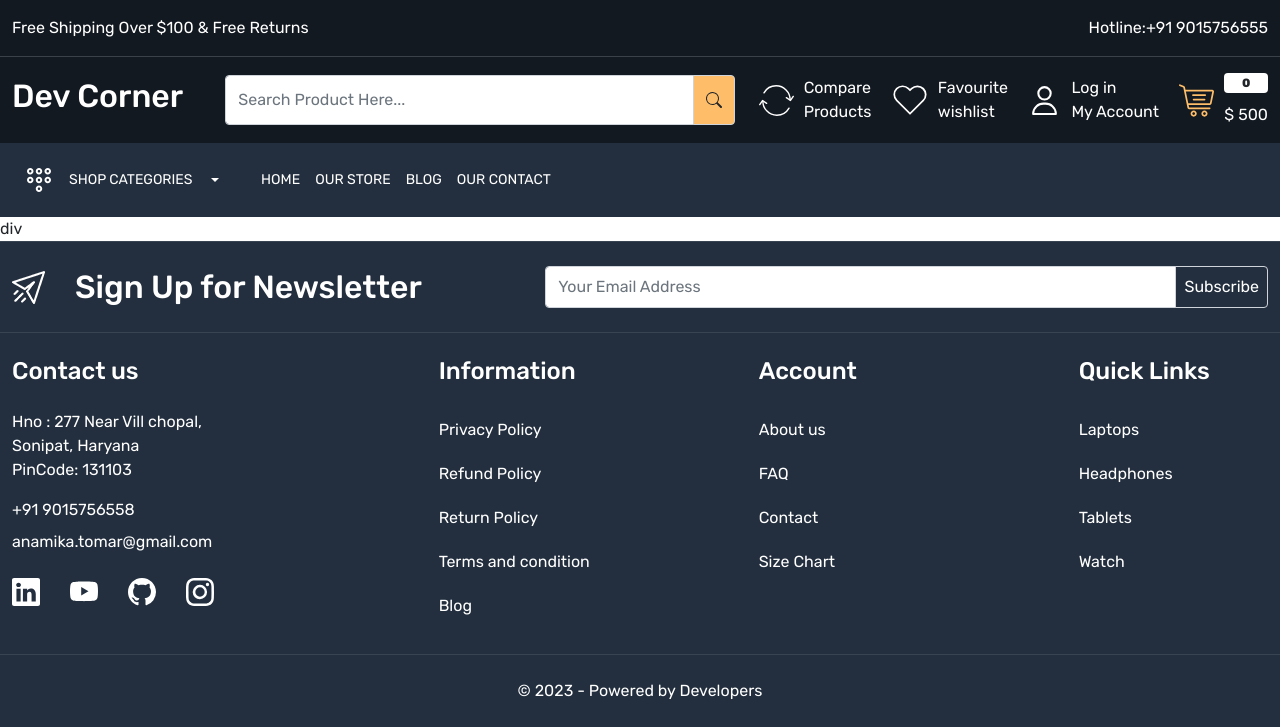
Repository: anamikatomar21/demo
Page: /
An editor plug-in stored every save of this project. The page is shown before and after the next save, followed by the edit.
The browser window is 1280 px wide. The pictures show the whole page.
The project was rebuilt for these pictures with package versions that can differ from the ones it lists, and the page was loaded fresh each time. Also part of the build but not shown: src/pages/About.js, src/pages/Contact.js.

Above is the page before, as saved 2023-05-14 18:51:37.

After the next save:
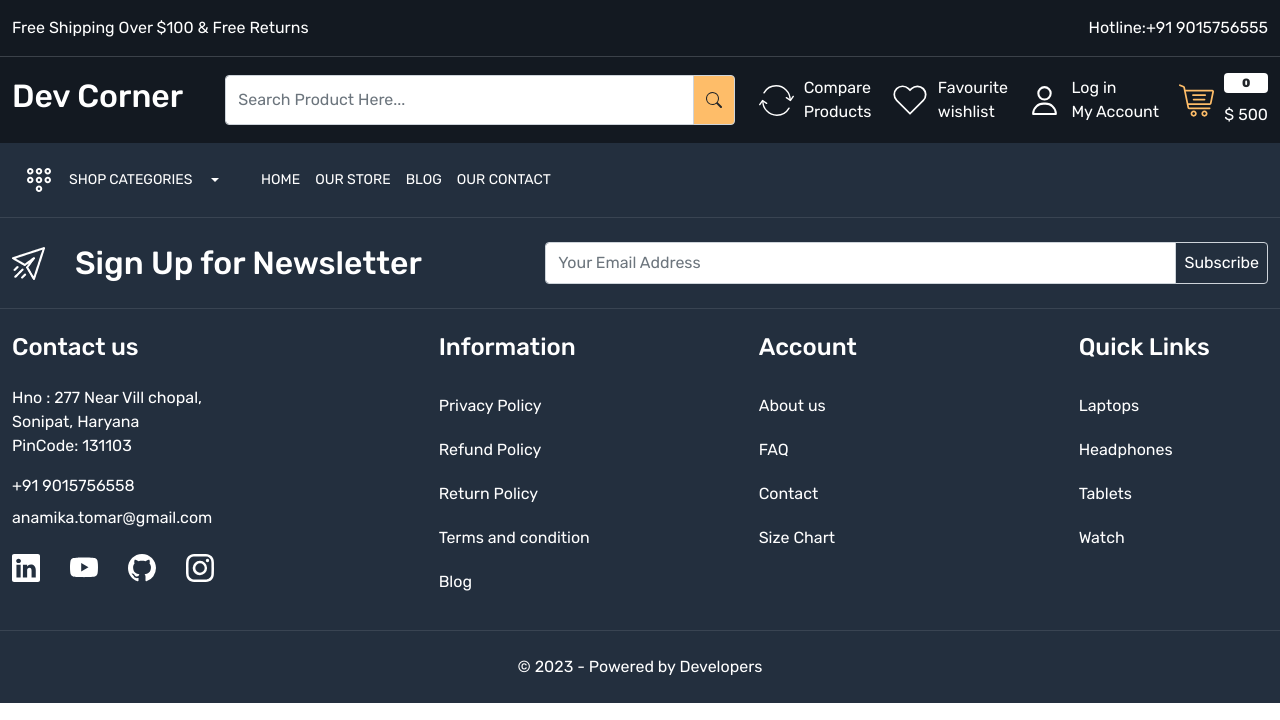
Saved 5 s later.
--- a/src/pages/Home.js
+++ b/src/pages/Home.js
@@ -4,7 +4,7 @@
   return (
    <>
    <section>
-    div
+
    </section>
    </>
   )
